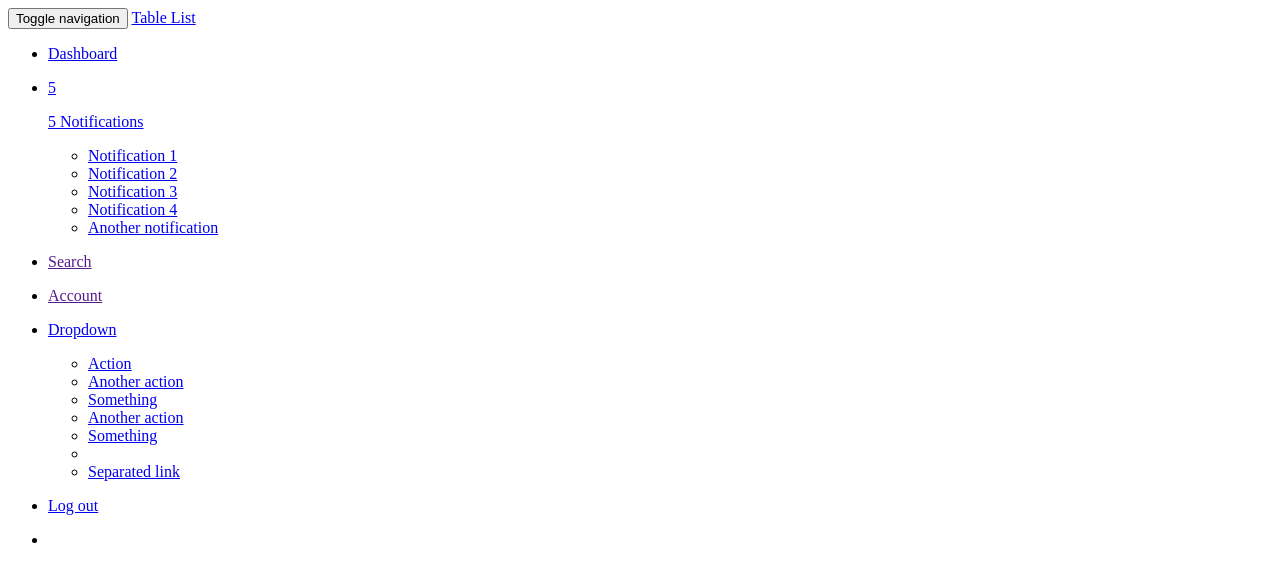
Repository: tuanloc782004/Estore-Bookshop-Website
Page: http://localhost/admin/layout/navbar
The author's editor kept a copy of each file at every save. The page is drawn from the files as they stood at one save, then again after the next save.
The browser window is 1280 px wide. The pictures show the whole page.
The page is this project's Thymeleaf template; nobody is signed in. The template is opened directly, without the code that normally fills it, so the values that code supplies are empty.

Above is the page before, as saved 2024-10-27 09:22:53.

After the next save:
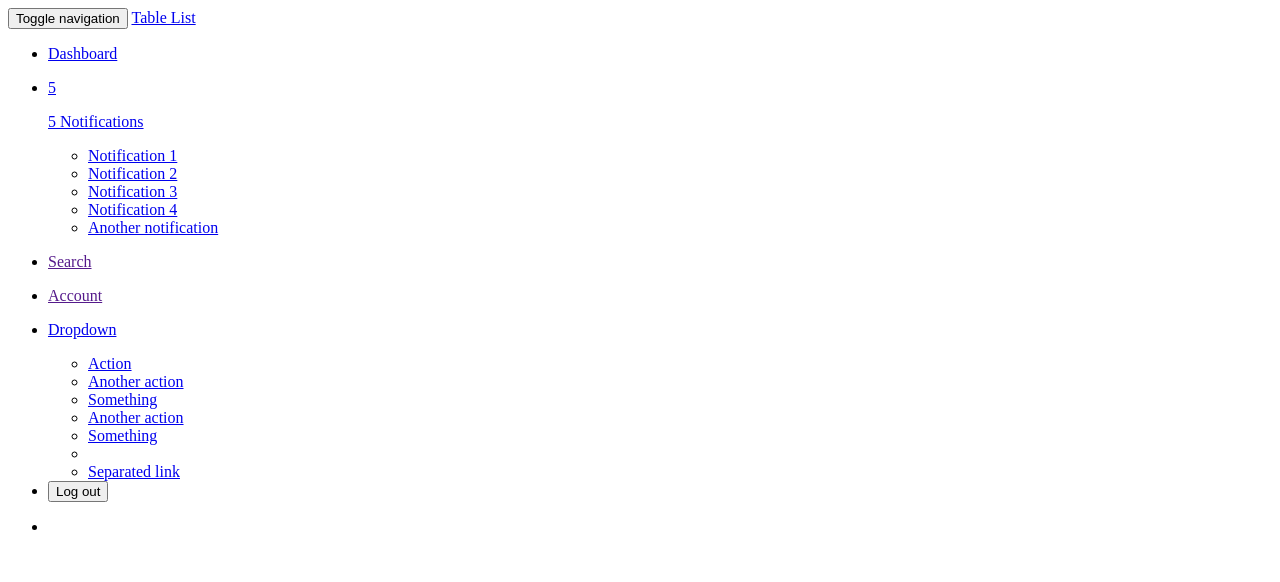
Saved 2 min 37 s later.
--- a/myscp/src/main/resources/templates/admin/layout/navbar.html
+++ b/myscp/src/main/resources/templates/admin/layout/navbar.html
@@ -1,79 +1,67 @@
 <nav class="navbar navbar-default navbar-fixed" th:fragment="navbar">
-            <div class="container-fluid">
-                <div class="navbar-header">
-                    <button type="button" class="navbar-toggle" data-toggle="collapse" data-target="#navigation-example-2">
-                        <span class="sr-only">Toggle navigation</span>
-                        <span class="icon-bar"></span>
-                        <span class="icon-bar"></span>
-                        <span class="icon-bar"></span>
-                    </button>
-                    <a class="navbar-brand" href="#">Table List</a>
-                </div>
-                <div class="collapse navbar-collapse">
-                    <ul class="nav navbar-nav navbar-left">
-                        <li>
-                            <a href="#" class="dropdown-toggle" data-toggle="dropdown">
-                                <i class="fa fa-dashboard"></i>
-								<p class="hidden-lg hidden-md">Dashboard</p>
-                            </a>
-                        </li>
-                        <li class="dropdown">
-                              <a href="#" class="dropdown-toggle" data-toggle="dropdown">
-                                    <i class="fa fa-globe"></i>
-                                    <b class="caret hidden-sm hidden-xs"></b>
-                                    <span class="notification hidden-sm hidden-xs">5</span>
-									<p class="hidden-lg hidden-md">
-										5 Notifications
-										<b class="caret"></b>
-									</p>
-                              </a>
-                              <ul class="dropdown-menu">
-                                <li><a href="#">Notification 1</a></li>
-                                <li><a href="#">Notification 2</a></li>
-                                <li><a href="#">Notification 3</a></li>
-                                <li><a href="#">Notification 4</a></li>
-                                <li><a href="#">Another notification</a></li>
-                              </ul>
-                        </li>
-                        <li>
-                           <a href="">
-                                <i class="fa fa-search"></i>
-								<p class="hidden-lg hidden-md">Search</p>
-                            </a>
-                        </li>
-                    </ul>
+	<div class="container-fluid">
+		<div class="navbar-header">
+			<button type="button" class="navbar-toggle" data-toggle="collapse"
+				data-target="#navigation-example-2">
+				<span class="sr-only">Toggle navigation</span> <span
+					class="icon-bar"></span> <span class="icon-bar"></span> <span
+					class="icon-bar"></span>
+			</button>
+			<a class="navbar-brand" href="#">Table List</a>
+		</div>
+		<div class="collapse navbar-collapse">
+			<ul class="nav navbar-nav navbar-left">
+				<li><a href="#" class="dropdown-toggle" data-toggle="dropdown">
+						<i class="fa fa-dashboard"></i>
+						<p class="hidden-lg hidden-md">Dashboard</p>
+				</a></li>
+				<li class="dropdown"><a href="#" class="dropdown-toggle"
+					data-toggle="dropdown"> <i class="fa fa-globe"></i> <b
+						class="caret hidden-sm hidden-xs"></b> <span
+						class="notification hidden-sm hidden-xs">5</span>
+						<p class="hidden-lg hidden-md">
+							5 Notifications <b class="caret"></b>
+						</p>
+				</a>
+					<ul class="dropdown-menu">
+						<li><a href="#">Notification 1</a></li>
+						<li><a href="#">Notification 2</a></li>
+						<li><a href="#">Notification 3</a></li>
+						<li><a href="#">Notification 4</a></li>
+						<li><a href="#">Another notification</a></li>
+					</ul></li>
+				<li><a href=""> <i class="fa fa-search"></i>
+						<p class="hidden-lg hidden-md">Search</p>
+				</a></li>
+			</ul>
 
-                    <ul class="nav navbar-nav navbar-right">
-                        <li>
-                           <a href="">
-                               <p>Account</p>
-                            </a>
-                        </li>
-                        <li class="dropdown">
-                              <a href="#" class="dropdown-toggle" data-toggle="dropdown">
-                                    <p>
-										Dropdown
-										<b class="caret"></b>
-									</p>
+			<ul class="nav navbar-nav navbar-right">
+				<li><a href="">
+						<p>Account</p>
+				</a></li>
+				<li class="dropdown"><a href="#" class="dropdown-toggle"
+					data-toggle="dropdown">
+						<p>
+							Dropdown <b class="caret"></b>
+						</p>
 
-                              </a>
-                              <ul class="dropdown-menu">
-                                <li><a href="#">Action</a></li>
-                                <li><a href="#">Another action</a></li>
-                                <li><a href="#">Something</a></li>
-                                <li><a href="#">Another action</a></li>
-                                <li><a href="#">Something</a></li>
-                                <li class="divider"></li>
-                                <li><a href="#">Separated link</a></li>
-                              </ul>
-                        </li>
-                        <li>
-                            <a href="#">
-                                <p>Log out</p>
-                            </a>
-                        </li>
-						<li class="separator hidden-lg hidden-md"></li>
-                    </ul>
-                </div>
-            </div>
-        </nav>
+				</a>
+					<ul class="dropdown-menu">
+						<li><a href="#">Action</a></li>
+						<li><a href="#">Another action</a></li>
+						<li><a href="#">Something</a></li>
+						<li><a href="#">Another action</a></li>
+						<li><a href="#">Something</a></li>
+						<li class="divider"></li>
+						<li><a href="#">Separated link</a></li>
+					</ul></li>
+				<li>
+					<form th:action="@{/logout}" method="post">
+						<input type="submit" value="Log out" class="btn header-btn" />
+					</form>
+				</li>
+				<li class="separator hidden-lg hidden-md"></li>
+			</ul>
+		</div>
+	</div>
+</nav>
